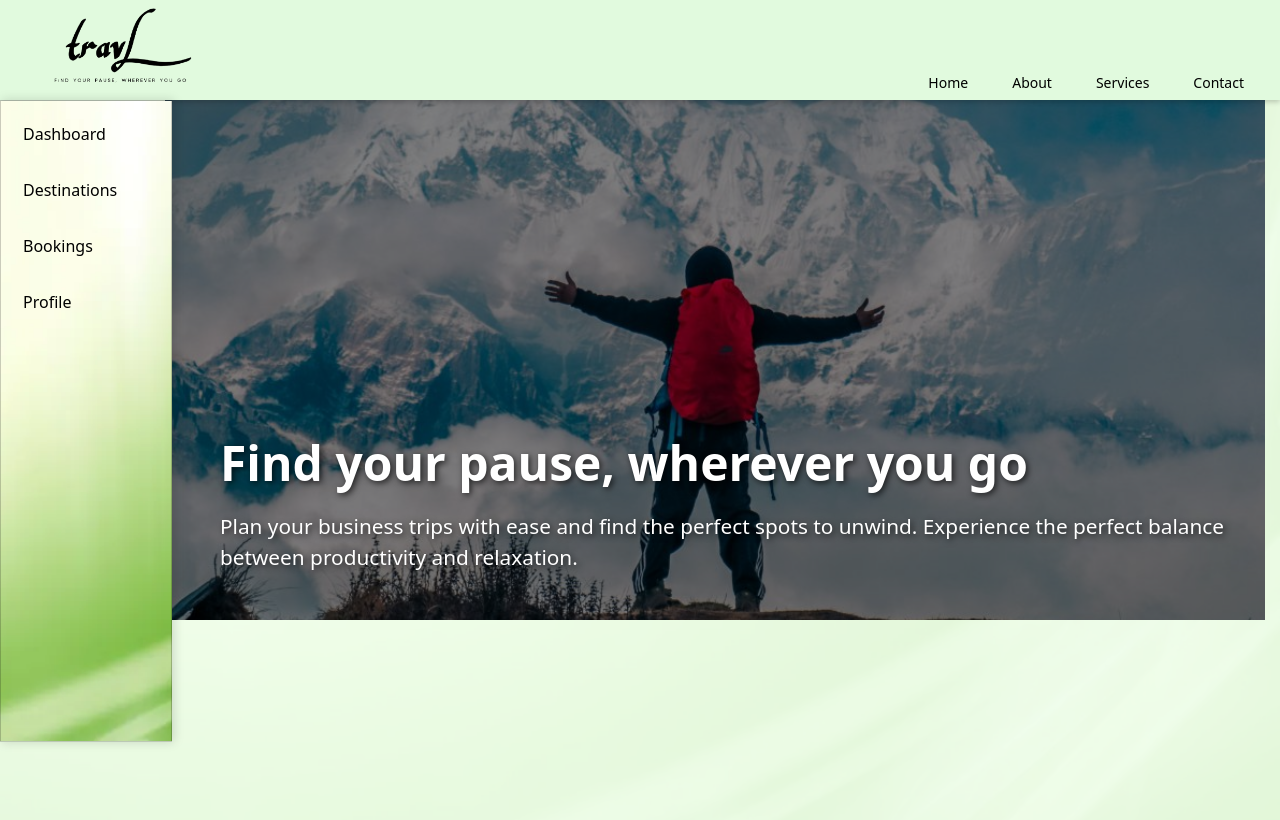
Repository: Nakib-Arman/Javafest25---travL
Page: / (app in Frontend/)
These files come from the project's save history. The page is drawn as it stood at one moment and after a run of saves; the edit follows.
The browser window is 1280 px wide. The pictures show the whole page.
Pictures or frames that could not be fetched are drawn as grey boxes. The project was rebuilt for these pictures with package versions that can differ from the ones it lists, and the page was loaded fresh each time. Also part of the build but not shown: Frontend/vite.config.js.

Above is the page before, as saved 2025-08-13 13:47:35.

### Frontend/src/App.jsx
import { useState } from 'react'

import Home from './Components/Home'

function App() {
  const [count, setCount] = useState(0)

  return (
    <div>
      <Home/>
    </div>
  )
}

export default App

### Frontend/src/Components/Home.jsx
import React, { useState, useEffect } from 'react';
import '../CSS/Home.css';
import Topbar from './Topbar';
import Sidebar from './Sidebar';

import img1 from '../assets/travel1.jpg';
import img2 from '../assets/travel2.jpg';
import img3 from '../assets/travel3.jpg';
import logo from '../assets/Logo1.png';  // adjust the path as needed


export default function Home() {
  const images = [img1, img2, img3];
  const [currentIndex, setCurrentIndex] = useState(0);

  useEffect(() => {
    const timer = setInterval(() => {
      setCurrentIndex((prev) => (prev + 1) % images.length);
    }, 8000);
    return () => clearInterval(timer);
  }, [images.length]);

  return (
    <div className="home-container">
      <Topbar />
      <Sidebar />

      <div className="slideshow-container">
        <div
          className="slide-track"
          style={{ transform: `translateX(-${currentIndex * 100}%)` }}
        >
          {images.map((src, idx) => (
            <img key={idx} src={src} alt={`Slide ${idx}`} className="slide-image" />
          ))}
        </div>

        <div className="overlay-text">
          <h1>Find your pause, wherever you go</h1>
          <p>Plan your business trips with ease and find the perfect spots to unwind.
          Experience the perfect balance between productivity and relaxation.</p>
        </div>
      </div>
    </div>
  );
}

### Frontend/src/CSS/Home.css
.home-container {
    margin: 0;
    padding: 0;

    height: 100vh;
    width: 100vw;

    background-image: url('../assets/background2.jpg');
    background-position: center;
    background-repeat: no-repeat;
    background-size: cover;

    position: relative;
    color: black;
}


.home-container::before {
    content: '';
    position: absolute;
    top: 0;
    left: 0;
    right: 0;
    bottom: 0;
    background: rgba(241, 255, 238, 0.9);
    z-index: 1;
    pointer-events: none;
}



/* Slideshow adjusted to leave space for navbars */
.slideshow-container {
    position: relative;
    margin-top: 100px;
    /* space for topbar */
    margin-left: 165px;
    /* space for sidebar */
    width: calc(100% - 180px);
    height: calc(100% - 200px);
    /* 60% of viewport height */
    overflow: hidden;
    background-color: black;
    /* fallback */
    z-index: 2;
}

.slide-track {
    display: flex;
    transition: transform 0.8s ease-in-out;
    height: 100%;
}

.slide-image {
    min-width: 100%;
    height: 100%;
    object-fit: cover;
    opacity: 0.5;
}

/* Text overlay on slideshow */
.overlay-text {
    position: absolute;
    bottom: 5%;
    left: 5%;
    transform: none;
    text-align: left;
    color: white;
    text-shadow: 2px 2px 6px rgba(0, 0, 0, 0.7);
    z-index: 2;
}

.overlay-text h1 {
    font-size: 3rem;
    margin-bottom: 10px;
}

.overlay-text p {
    font-size: 1.3rem;
}

### Frontend/src/Components/Topbar.jsx
// src/components/Topbar.js
import React from 'react';
import '../CSS/Topbar.css';

export default function Topbar() {
  return (
    <nav className="topbar">
      <a className="logo-link" href="/"></a>

      <div className="nav-buttons">
        <button>Home</button>
        <button>About</button>
        <button>Services</button>
        <button>Contact</button>
      </div>
    </nav>
  );
}

### Frontend/src/Components/Sidebar.jsx
// src/components/Sidebar.js
import React from 'react';
import '../CSS/Sidebar.css';

export default function Sidebar() {
  return (
    <div className="sidebar">
      <button>Dashboard</button>
      <button>Destinations</button>
      <button>Bookings</button>
      <button>Profile</button>
    </div>
  );
}

### Frontend/src/CSS/Topbar.css
.topbar {
    position: fixed;
    top: 0;
    left: 0;
    right: 0;
    height: 100px;
    background-color: #e1fade;
    display: flex;
    justify-content: space-between;
    align-items: flex-end;
    padding: 0 20px;
    box-shadow: 0 2px 5px rgba(0,0,0,0.2);
    z-index: 1000;
  }

  /* Logo */
  .logo-link {
    display: inline-block;
    height: 100px;   /* make bigger if needed */
    width: 200px;
    background-image: url('../assets/Logo1.png');
    background-size: contain;
    background-repeat: no-repeat;
    background-position: center;
  }

  /* Navigation buttons container */
  .nav-buttons {
    display: flex;
    gap: 12px;
  }

  /* Button styling */
  .nav-buttons button {
    background-color: transparent;
    color: black;
    border: none;
    padding: 8px 16px;
    border-radius: 6px;
    font-size: 14px;
    font-weight: 500;
    cursor: pointer;
    transition: background-color 0.3s ease;
  }

  .nav-buttons button:hover {
    background-color: #354434;
    color: white;
  }

### Frontend/src/CSS/Sidebar.css
.sidebar {
  position: fixed;
  top: 100px;
  /* below topbar height */
  left: 0;
  width: 150px;
  height: calc(100vh - 100px);
  /* background-color: ; */
  background-image: url('../assets/background2.jpg');
    background-position: center;
    background-repeat: no-repeat;
    background-size: cover;
  display: flex;
  flex-direction: column;
  padding: 10px;
  gap: 10px;
  z-index: 1050;

  /* Border + shadow */
  border: 1px solid rgba(0, 0, 0, 0.2);
  box-shadow: 2px 0 10px rgba(0, 0, 0, 0.15);
}


.sidebar button {
  background-color: transparent;
  color: black;
  border: none;
  padding: 12px;
  text-align: left;
  border-radius: 4px;
  cursor: pointer;
  transition: background-color 0.3s ease;
}

.sidebar button:hover {
  background-color: #666;
}

Loaded but not shown: Frontend/index.html (common file); Frontend/src/main.jsx (common file); Frontend/src/index.css (common file)

After the next 3 saves:
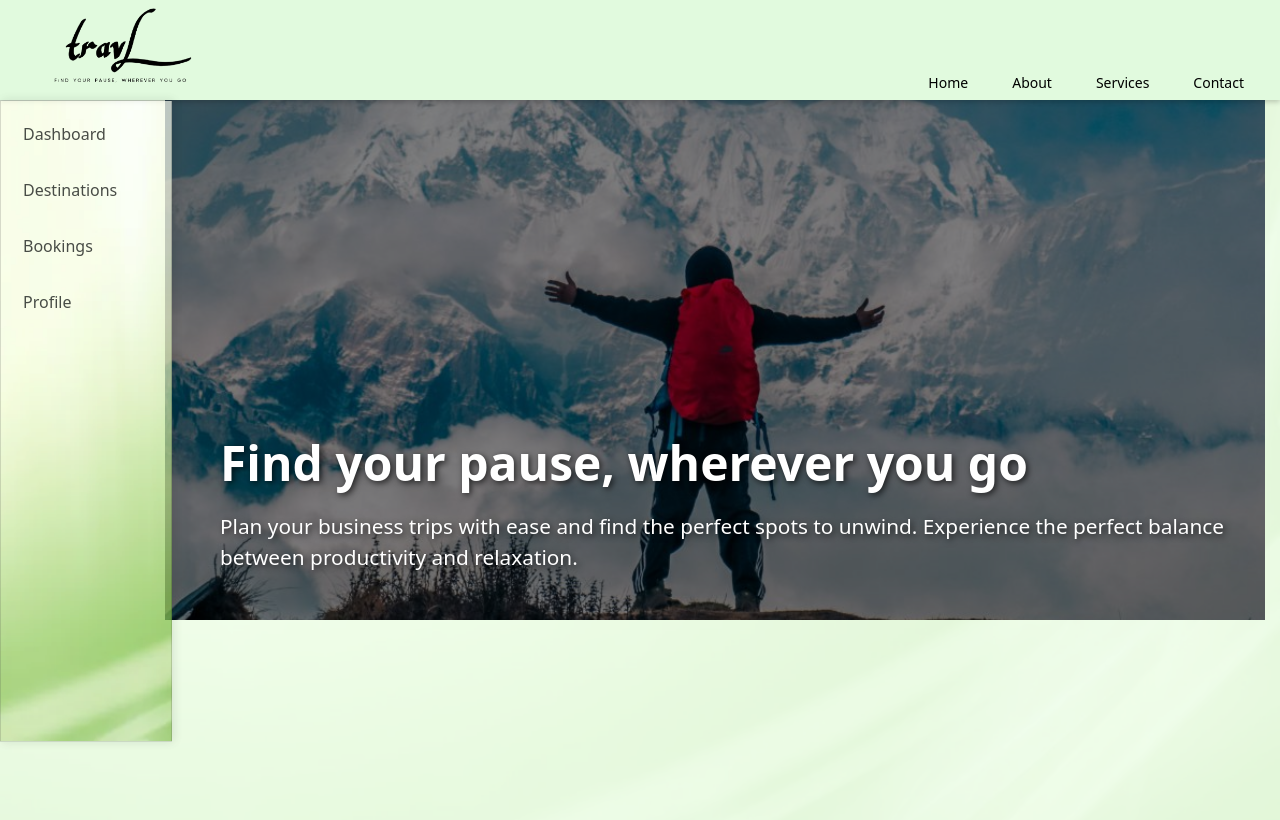
The 3 saves are shown as one change because they came seconds apart.
The last was saved 2 min 19 s later.
--- a/Frontend/src/CSS/Sidebar.css
+++ b/Frontend/src/CSS/Sidebar.css
@@ -15,6 +15,7 @@
   padding: 10px;
   gap: 10px;
   z-index: 1050;
+  opacity: 0.7;
 
   /* Border + shadow */
   border: 1px solid rgba(0, 0, 0, 0.2);

After the 3 saves that followed:
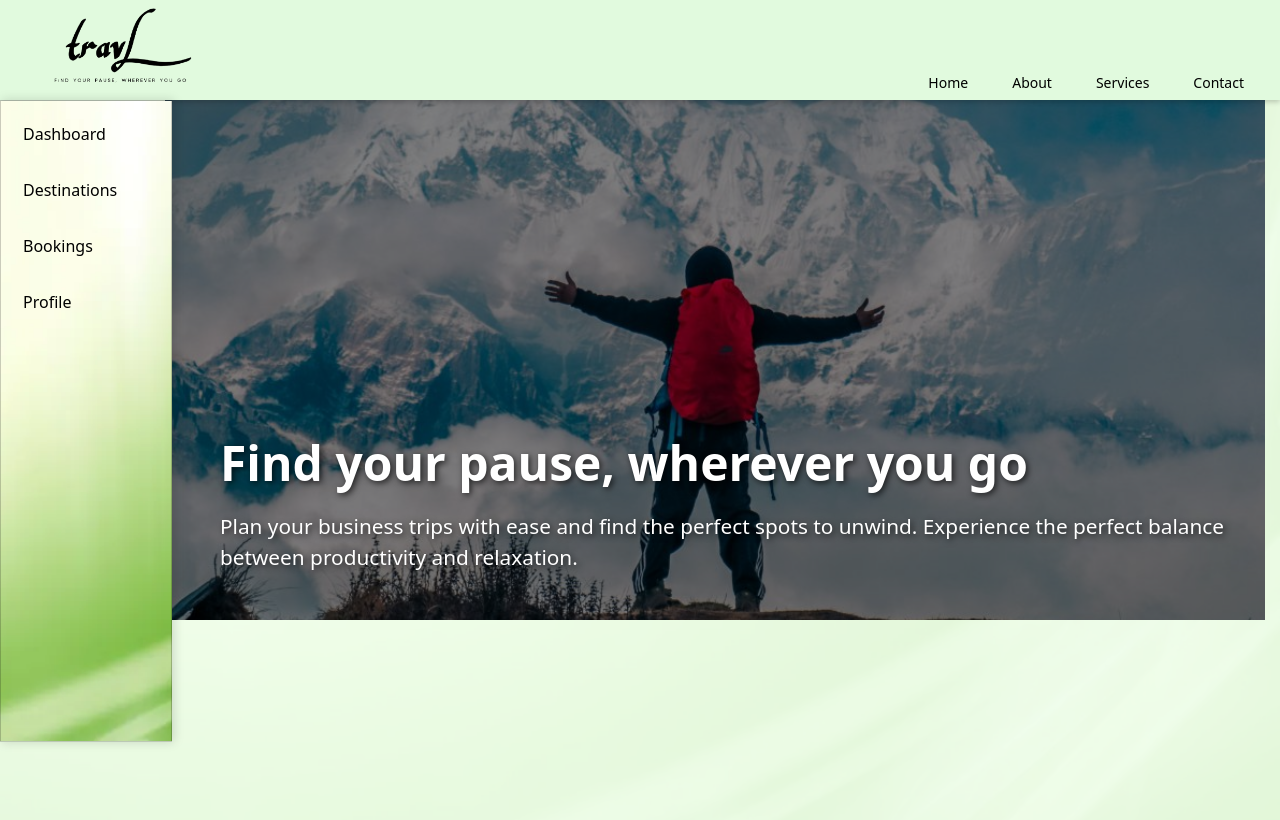
The 3 saves are shown as one change because 1 left the picture as it was and some came seconds apart.
The last was saved 80 s later.
--- a/Frontend/src/CSS/Sidebar.css
+++ b/Frontend/src/CSS/Sidebar.css
@@ -15,11 +15,23 @@
   padding: 10px;
   gap: 10px;
   z-index: 1050;
-  opacity: 0.7;
 
   /* Border + shadow */
   border: 1px solid rgba(0, 0, 0, 0.2);
   box-shadow: 2px 0 10px rgba(0, 0, 0, 0.15);
+}
+
+
+.home-container::before {
+  content: '';
+  position: absolute;
+  top: 0;
+  left: 0;
+  right: 0;
+  bottom: 0;
+  background: rgba(241, 255, 238, 0.9);
+  z-index: 1;
+  pointer-events: none;
 }
 
 
